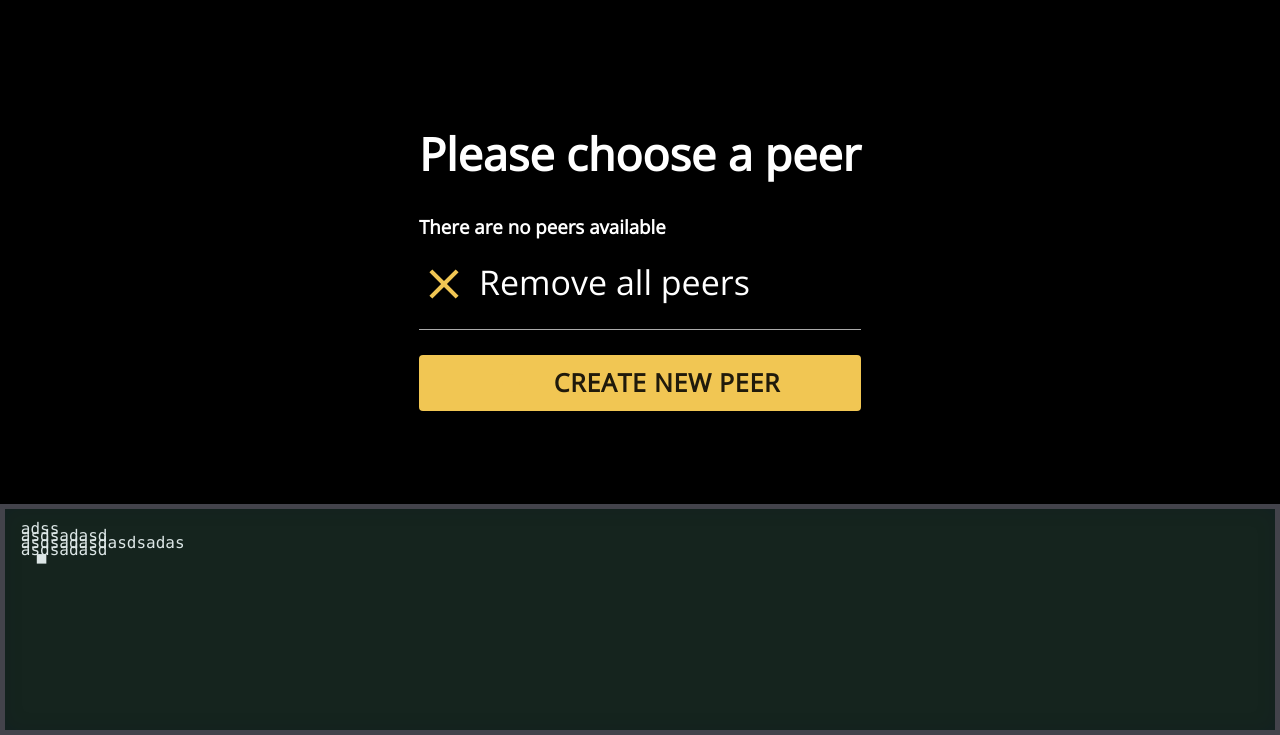
Repository: Bachdz/ASAP-Gui-Frontend
Page: /login
An editor plug-in stored every save of this project. The page is shown before and after the next save, followed by the edit.
The browser window is 1280 px wide. The pictures show the whole page.
The page's requests for data from a server got no answer. The project was rebuilt for these pictures with package versions that can differ from the ones it lists, and the page was loaded fresh each time. No one was signed in, and anything a server would have sent is missing. Also part of the build but not shown: src/css/loginscreen/Peer.css, src/components/fragments/Footer.js, src/components/mainscreen/subcomponents/Apps.js, src/css/mainscreen/Main.css, src/components/mainscreen/Main.js.

Above is the page before, as saved 2020-12-16 20:31:15.

After the next save:
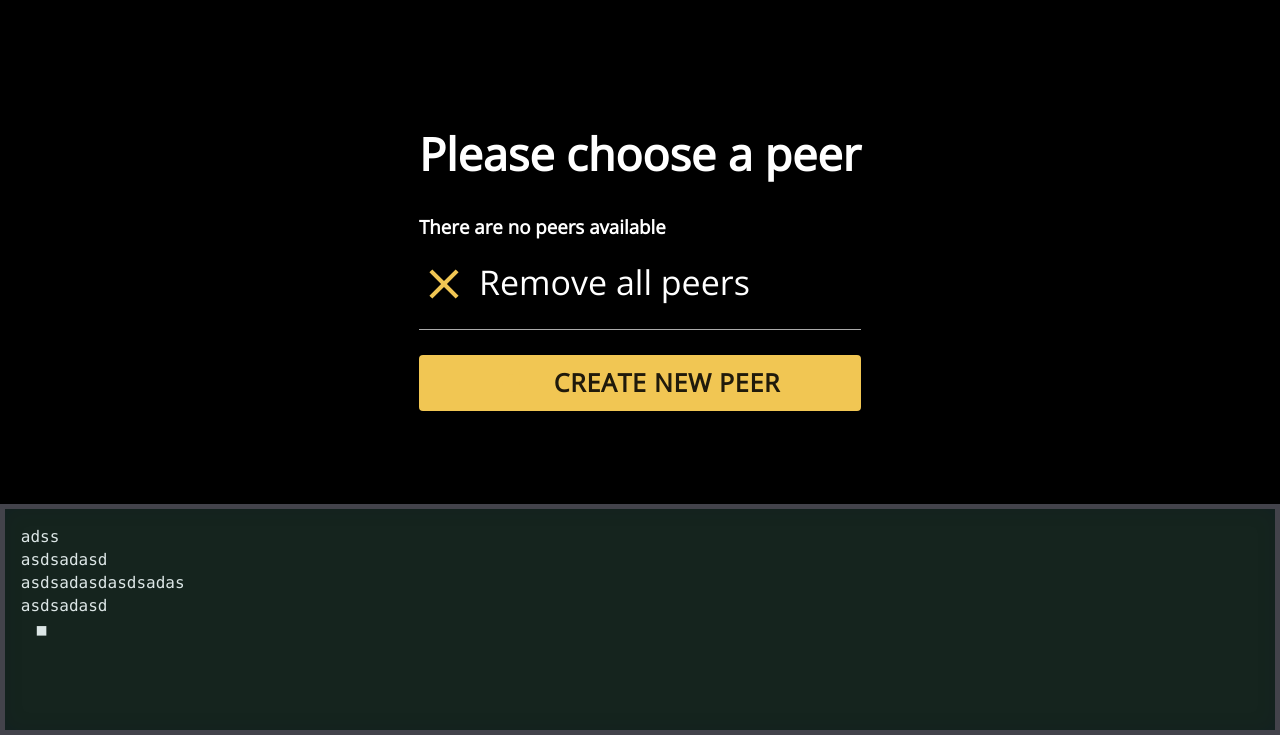
Saved 32 s later.
--- a/src/css/Terminal.css
+++ b/src/css/Terminal.css
@@ -90,7 +90,7 @@
     margin: 0 auto;
     font-family: Monaco, Consolas, "Lucida Console", monospace;
     padding: 1em 1em 2.5em 1em;
-    line-height: 0.45;
+    line-height: 1.45;
     position: relative;
     direction:  initial;
 }
